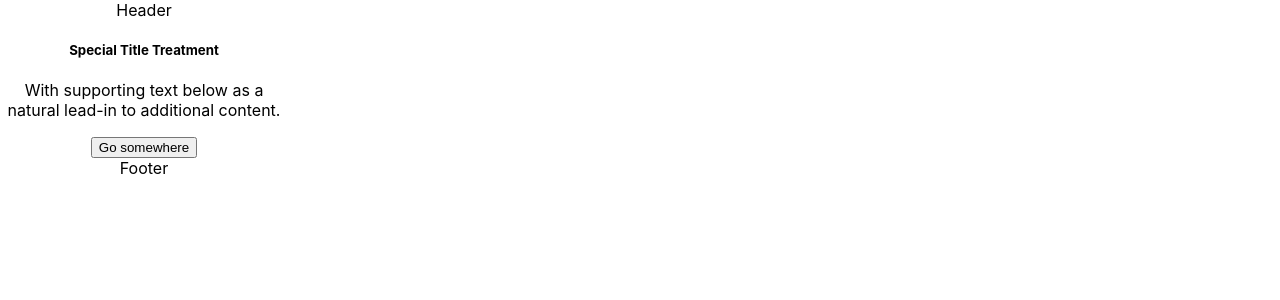
Repository: Rohit1995K/React-redux
Page: /
An editor plug-in stored every save of this project. The page is shown before and after a run of saves, followed by the edit.
The browser window is 1280 px wide. The pictures show the whole page.
The project was rebuilt for these pictures with package versions that can differ from the ones it lists, and the page was loaded fresh each time. Also part of the build but not shown: src/Components/CartItem.js, src/Containers/CartContainer.js, src/Components/Navbar.js.

Above is the page before, as saved 2022-10-23 20:46:48.

After the next 3 saves:
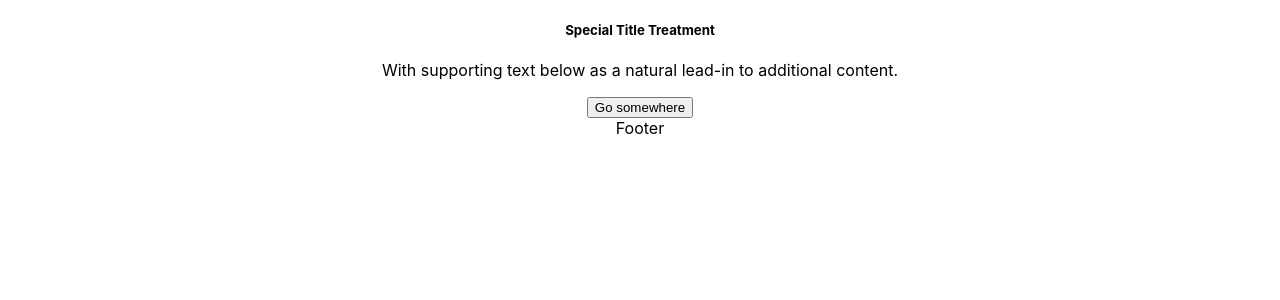
The 3 saves are shown as one change because 2 did not build or start.
The last was saved 106 s later.
--- a/src/Components/Login/Login.js
+++ b/src/Components/Login/Login.js
@@ -1,19 +1,15 @@
 import React from "react";
 import { Card,CardHeader,CardBody,CardTitle,CardText,Button,CardFooter } from "reactstrap";
-
+// import Card from "reactstrap";
+// import CardBody from "reactstrap";
 
 const Login = () => {
 
     return (
-<Card
-  className="my-2"
-  style={{
-    width: '18rem'
-  }}
->
-  <CardHeader>
+<Card>
+  {/* <CardHeader>
     Header
-  </CardHeader>
+  </CardHeader> */}
   <CardBody>
     <CardTitle tag="h5">
       Special Title Treatment
